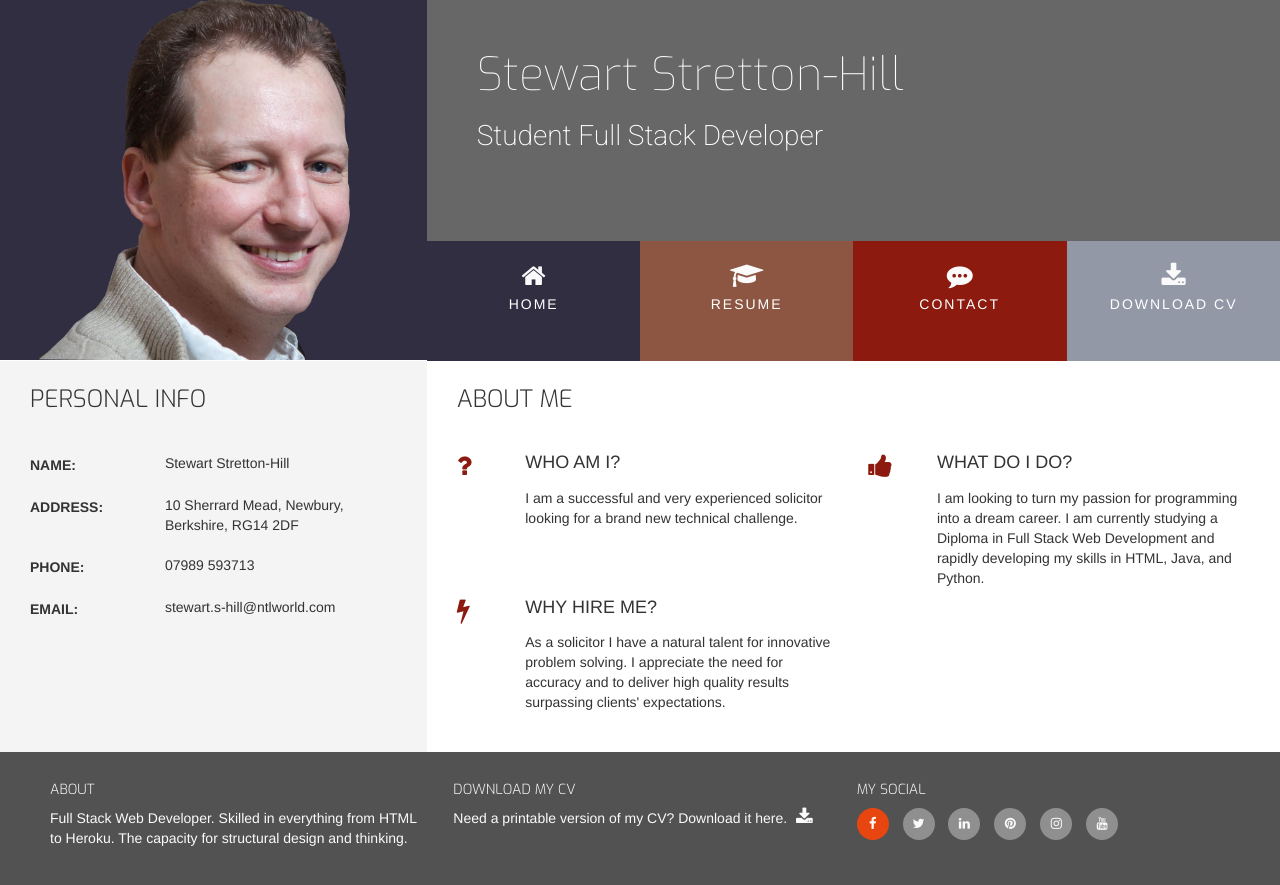
Repository: Shilldon/CV
Page: index.html
The author's editor kept a record of every edit. The page is drawn from the files as they stood at one moment, then again after the next edit.
The browser window is 1280 px wide. The pictures show the whole page.
The pointer rests on the first visible `.social-links li a i`.

Above is the page before.

After the next edit:
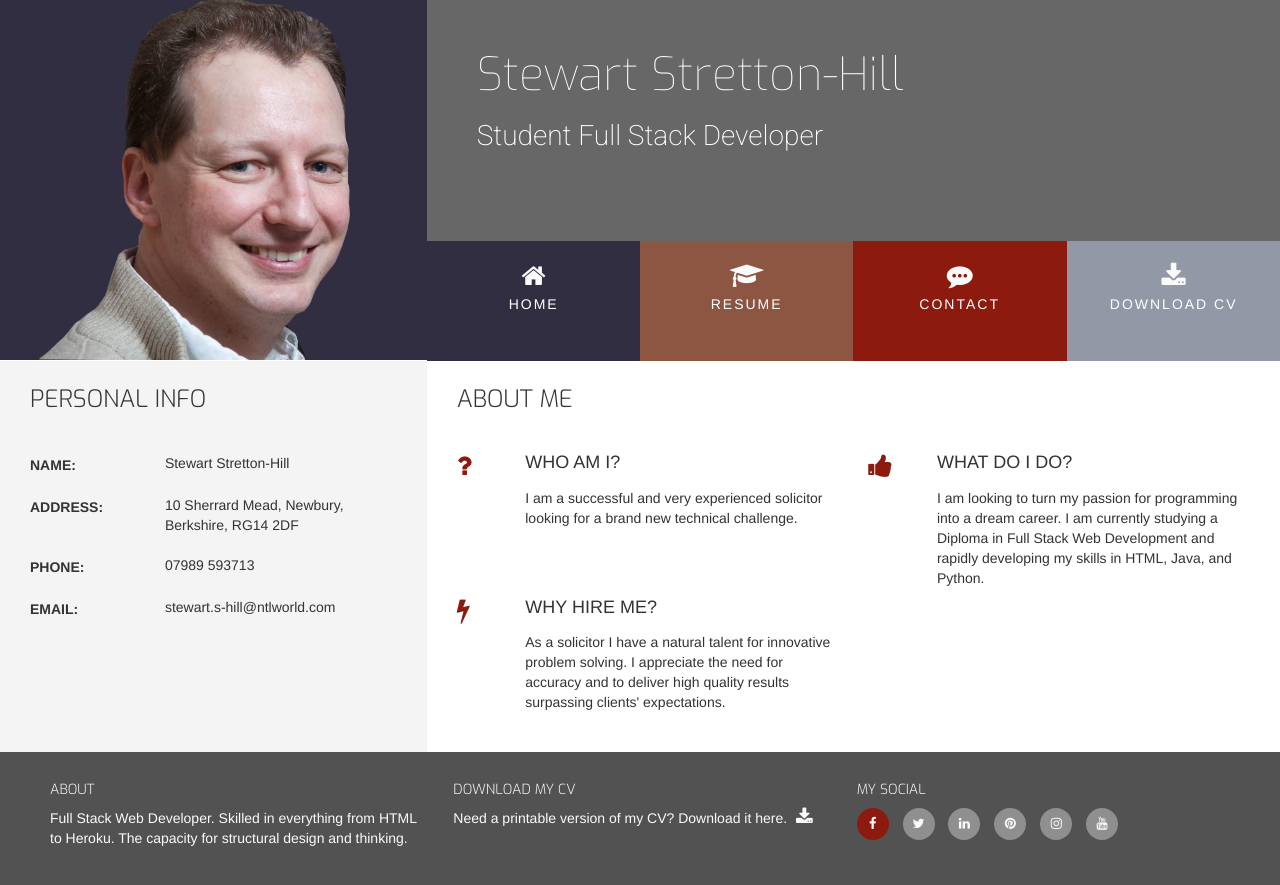
The edit:
--- a/assets/css/style.css
+++ b/assets/css/style.css
@@ -205,7 +205,7 @@
 }
 
 .social-links li a i:hover {
-    background: #e84610;
+    background: #8C1A0F;
 
 }
 
